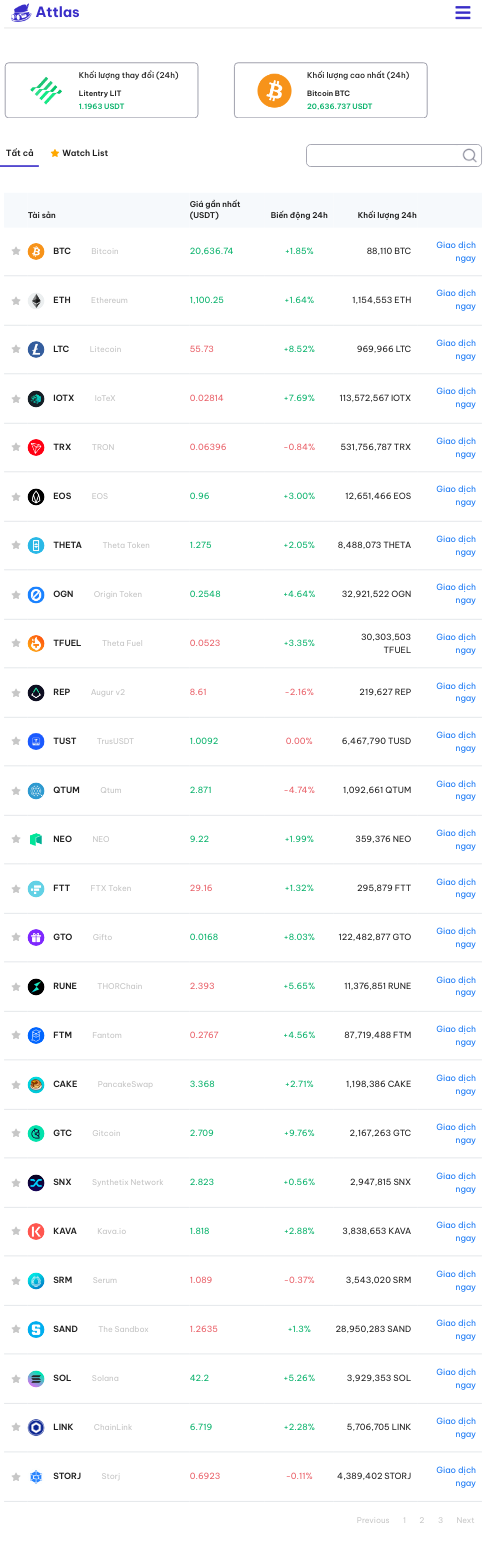
Repository: 1509Long/1509long.github.io
Page: techmaster-test/homepage.html
An editor plug-in stored every save of this project. The page is shown before and after the next save, followed by the edit.
The browser window is 600 px wide. The pictures show the whole page, at 81% of full size.

Above is the page before, as saved 2022-07-19 16:29:43.

### techmaster-test/homepage.html
<!DOCTYPE html>
<html lang="en">
  <head>
    <title>Title</title>
    <!-- Required meta tags -->
    <meta charset="utf-8" />
    <meta
      name="viewport"
      content="width=device-width, initial-scale=1, shrink-to-fit=no"
    />

    <!-- Bootstrap CSS v5.2.0-beta1 -->
    <link
      rel="stylesheet"
      href="https://cdn.jsdelivr.net/npm/bootstrap@5.2.0-beta1/dist/css/bootstrap.min.css"
      integrity="sha384-0evHe/X+R7YkIZDRvuzKMRqM+OrBnVFBL6DOitfPri4tjfHxaWutUpFmBp4vmVor"
      crossorigin="anonymous"
    />
    <link
      rel="stylesheet"
      href="https://cdnjs.cloudflare.com/ajax/libs/font-awesome/5.15.3/css/all.min.css"
      integrity="sha512-iBBXm8fW90+nuLcSKlbmrPcLa0OT92xO1BIsZ+ywDWZCvqsWgccV3gFoRBv0z+8dLJgyAHIhR35VZc2oM/gI1w=="
      crossorigin="anonymous"
      referrerpolicy="no-referrer"
    />
    <script src="https://ajax.googleapis.com/ajax/libs/jquery/3.6.0/jquery.min.js"></script>

    <link rel="stylesheet" href="./homepage.css" />
    <link rel="stylesheet" href="./navbar-search.css" />
  </head>
  <body>
    <div class="container-lg">
      <nav class="navbar navbar-expand-md top-md-navbar">
        <div class="container-fluid">
          <a class="navbar-brand" href="./homepage.html">
            <div class="d-flex align-items-center attlas-logo-navbar">
              <img src="./img/header-logo.png" class="img-fluid" alt="" />
              <p>Attlas</p>
            </div>
          </a>
          <button
            class="navbar-toggler"
            type="button"
            data-bs-toggle="collapse"
            data-bs-target="#navbarNavAltMarkup"
            aria-controls="navbarNavAltMarkup"
            aria-expanded="false"
            aria-label="Toggle navigation"
          >
            <i class="fas fa-bars"></i>
          </button>

          <div class="collapse navbar-collapse" id="navbarNavAltMarkup">
            <div
              class="d-flex justify-content-between align-items-center nav-text"
            >
              <ul class="navbar-nav navbar-part1">
                <li class="nav-item dropdown">
                  <a
                    class="nav-link dropdown-toggle"
                    href="#"
                    id="navbarDropdown"
                    role="button"
                    data-bs-toggle="dropdown"
                    aria-expanded="false"
                  >
                    Giao dịch
                  </a>
                  <ul class="dropdown-menu" aria-labelledby="navbarDropdown">
                    <li><a class="dropdown-item" href="#">Spot</a></li>
                    <li>
                      <a class="dropdown-item" href="#">Ký quỹ</a>
                    </li>
                    <li>
                      <a class="dropdown-item" href="#">P2P trading</a>
                    </li>
                  </ul>
                </li>
                <li class="nav-item">
                  <a class="nav-link" href="#">Thị trường</a>
                </li>
                <li class="nav-item">
                  <a class="nav-link" href="#">Phái sinh</a>
                </li>
                <li class="nav-item dropdown">
                  <a
                    class="nav-link dropdown-toggle"
                    href="#"
                    id="navbarDropdown"
                    role="button"
                    data-bs-toggle="dropdown"
                    aria-expanded="false"
                  >
                    Earn
                  </a>
                  <ul class="dropdown-menu" aria-labelledby="navbarDropdown">
                    <li><a class="dropdown-item" href="#">Launchpad</a></li>
                    <li>
                      <a class="dropdown-item" href="#">Staking</a>
                    </li>
                    <li>
                      <a class="dropdown-item" href="#">Farming</a>
                    </li>
                  </ul>
                </li>
              </ul>

              <ul class="navbar-nav navbar-part2">
                <li class="nav-item d-flex align-items-center">
                  <a class="nav-link account-wallet" href="./wallet.html"
                    >Wallet</a
                  >
                </li>
                <li class="nav-item d-flex align-items-center">
                  <a class="nav-link" href="#"><i class="fas fa-bell"></i></a>
                </li>
                <li class="nav-item">
                  <a class="nav-link" href="#">
                    <div class="d-flex align-items-center user-account">
                      <p>Jen Glover</p>
                      <img
                        src="./img/Rectangle 356.png"
                        class="img-fluid"
                        alt=""
                      />
                    </div>
                  </a>
                </li>
              </ul>
            </div>
          </div>
        </div>
      </nav>

      <div class="top-of-the-day d-flex justify-content-between">
        <div class="d-flex align-items-center">
          <div class="token-top">
            <img src="./img/589_Yrl.png" class="img-fluid" alt="" />
          </div>
          <div class="infomation-token-of-the-day">
            <p>Khối lượng thay đổi</p>
            <p>Litentry LIT</p>
            <p class="increase">1.1963 USDT</p>
          </div>
        </div>
        <div class="d-flex align-items-center">
          <div class="token-top">
            <img src="./img/1.png" class="img-fluid" alt="" />
          </div>
          <div class="infomation-token-of-the-day">
            <p>Khối lượng cao nhất</p>
            <p>Bitcoin BTC</p>
            <p class="increase">20,636.737 USDT</p>
          </div>
        </div>
        <div class="d-flex align-items-center">
          <div class="token-top">
            <img src="./img/icon_MANA.png" class="img-fluid" alt="" />
          </div>
          <div class="infomation-token-of-the-day">
            <p>Top tăng giá (24h)</p>
            <p>Decentraland MANA</p>
            <p class="increase">1.0226 USDT</p>
          </div>
        </div>
        <div class="d-flex align-items-center">
          <div class="token-top">
            <img src="./img/icon_PLATO.png" class="img-fluid" alt="" />
          </div>
          <div class="infomation-token-of-the-day">
            <p>Top giảm giá (24h)</p>
            <p>Plato Farm PLATO</p>
            <p class="decrease">0.0068 USDT</p>
          </div>
        </div>
      </div>

      <div
        id="carousel-slider-responsive"
        class="carousel slide"
        data-bs-ride="carousel"
      >
        <div class="carousel-inner">
          <div class="carousel-item active">
            <div class="row d-flex justify-content-evenly">
              <div class="col-6 col-sm-5 col-md-4">
                <div class="carousel-top-token">
                  <div class="token-top">
                    <img src="./img/589_Yrl.png" class="img-fluid" alt="" />
                  </div>
                  <div class="infomation-token-of-the-day">
                    <p>Khối lượng thay đổi (24h)</p>
                    <p>Litentry LIT</p>
                    <p class="increase">1.1963 USDT</p>
                  </div>
                </div>
              </div>
              <div class="col-6 col-sm-5 col-md-4">
                <div class="carousel-top-token">
                  <div class="token-top">
                    <img src="./img/1.png" class="img-fluid" alt="" />
                  </div>
                  <div class="infomation-token-of-the-day">
                    <p>Khối lượng cao nhất (24h)</p>
                    <p>Bitcoin BTC</p>
                    <p class="increase">20,636.737 USDT</p>
                  </div>
                </div>
              </div>
            </div>
          </div>

          <div class="carousel-item">
            <div class="row d-flex justify-content-evenly">
              <div class="col-6 col-sm-5 col-md-4">
                <div class="carousel-top-token">
                  <div class="token-top">
                    <img src="./img/icon_MANA.png" class="img-fluid" alt="" />
                  </div>
                  <div class="infomation-token-of-the-day">
                    <p>Top tăng giá (24h)</p>
                    <p>Decentraland MANA</p>
                    <p class="increase">1.0226 USDT</p>
                  </div>
                </div>
              </div>
              <div class="col-6 col-sm-5 col-md-4">
                <div class="carousel-top-token">
                  <div class="token-top">
                    <img src="./img/icon_PLATO.png" class="img-fluid" alt="" />
                  </div>
                  <div class="infomation-token-of-the-day">
                    <p>Top giảm giá (24h)</p>
                    <p>Plato Farm PLATO</p>
                    <p class="decrease">0.0068 USDT</p>
                  </div>
                </div>
              </div>
            </div>
          </div>
        </div>
      </div>

      <div>
        <div class="row d-flex justify-content-between align-items-center">
          <ul
            class="nav nav-pills col-5"
            id="pills-tab"
            role="tablist"
          >
            <li class="nav-item" role="presentation">
              <button
                class="nav-link active"
                id="pills-home-tab"
                data-bs-toggle="pill"
                data-bs-target="#pills-home"
                type="button"
                role="tab"
                aria-controls="pills-home"
                aria-selected="true"
              >
                Tất cả
              </button>
            </li>
            <li class="nav-item" role="presentation">
              <button
                class="nav-link d-flex align-items-center"
                id="pills-profile-tab"
                data-bs-toggle="pill"
                data-bs-target="#pills-profile"
                type="button"
                role="tab"
                aria-controls="pills-profile"
                aria-selected="false"
              >
                <i class="fas fa-star star-navbar"></i> Watch List
              </button>
            </li>
          </ul>

          <div class="col-5 d-flex justify-content-end search-bar-title">
            <div class="input-group has-validation search-bar">
              <input
                type="text"
                class="form-control search"
                id="validationCustomUsername"
                aria-describedby="inputGroupPrepend"
              />
              <span class="input-group-text search-icon" id="inputGroupPrepend"
                ><img src="./img/Group.png"
              /></span>
            </div>
          </div>
        </div>

        <div class="tab-content" id="pills-tabContent">
          <div
            class="tab-pane fade show active"
            id="pills-home"
            role="tabpanel"
            aria-labelledby="pills-home-tab"
            tabindex="0"
          >
            <table id="table" class="table align-middle">
              <thead>
                <tr>
                  <th scope="col"></th>
                  <th scope="col">Tài sản</th>
                  <th scope="col">Giá gần nhất (USDT)</th>
                  <th scope="col">Biến động 24h</th>
                  <th scope="col">Khối lượng 24h</th>
                  <th scope="col"></th>
                </tr>
              </thead>
              <tbody></tbody>
            </table>
            <div>
              <nav aria-label="navigation">
                <ul class="pagination d-flex justify-content-end">
                  <li class="page-item">
                    <a class="page-link" href="#">Previous</a>
                  </li>
                  <li class="page-item"><a class="page-link" href="#">1</a></li>
                  <li class="page-item"><a class="page-link" href="#">2</a></li>
                  <li class="page-item"><a class="page-link" href="#">3</a></li>
                  <li class="page-item">
                    <a class="page-link" href="#">Next</a>
                  </li>
                </ul>
              </nav>
            </div>
          </div>
          <div
            class="tab-pane fade"
            id="pills-profile"
            role="tabpanel"
            aria-labelledby="pills-profile-tab"
            tabindex="0"
          >
            <table id="table" class="table align-middle">
              <thead>
                <tr>
                  <th scope="col"></th>
                  <th scope="col">Tài sản</th>
                  <th scope="col">Giá gần nhất (USDT)</th>
                  <th scope="col">Biến động 24h</th>
                  <th scope="col">Khối lượng 24h</th>
                  <th scope="col"></th>
                </tr>
              </thead>
              <tbody></tbody>
            </table>
          </div>
        </div>
      </div>
    </div>
    <!-- Bootstrap JavaScript Libraries -->
    <script
      src="https://cdn.jsdelivr.net/npm/@popperjs/core@2.11.5/dist/umd/popper.min.js"
      integrity="sha384-Xe+8cL9oJa6tN/veChSP7q+mnSPaj5Bcu9mPX5F5xIGE0DVittaqT5lorf0EI7Vk"
      crossorigin="anonymous"
    ></script>

    <script
      src="https://cdn.jsdelivr.net/npm/bootstrap@5.2.0-beta1/dist/js/bootstrap.min.js"
      integrity="sha384-kjU+l4N0Yf4ZOJErLsIcvOU2qSb74wXpOhqTvwVx3OElZRweTnQ6d31fXEoRD1Jy"
      crossorigin="anonymous"
    ></script>

    <script src="./file-data.js"></script>

    <script>
      var table = document.querySelector("#table tbody");

      function inToTable(data) {
        for (var i = 0; i < data.length; i++) {
          var infomation = data[i];
          var row = document.createElement("tr");
          var key = ["box1", "asset", "price", "change", "volumn", "link"];

          for (var j = 0; j < key.length; j++) {
            var cell = document.createElement("td");
            cell.innerHTML = infomation[key[j]];

            row.appendChild(cell);
          }
          table.appendChild(row);
        }
      }

      inToTable(informationTokenHomePage);

      var tableInfoChange = document.querySelectorAll("tr td:nth-child(4)");
      var tableInfoPrice = document.querySelectorAll("tr td:nth-child(3)");

      function putColor(data) {
        for (i = 0; i < data.length; i++) {
          tableInfoPrice[i].innerHTML = parseFloat(
            tableInfoPrice[i].textContent
          ).toLocaleString("en-US", { maximumFractionDigits: "5" });

          if (parseFloat(data[i].change) > 0) {
            tableInfoChange[i].setAttribute("class", "increase");
            tableInfoPrice[i].setAttribute("class", "increase");
          } else {
            tableInfoChange[i].setAttribute("class", "decrease");
            tableInfoPrice[i].setAttribute("class", "decrease");
          }
        }
      }

      putColor(informationTokenHomePage);

      function fillColorForPrice() {
        tableInfoPrice[2].setAttribute("class", "decrease");
        tableInfoPrice[3].setAttribute("class", "decrease");
        tableInfoPrice[8].setAttribute("class", "decrease");
        tableInfoPrice[10].setAttribute("class", "increase");
        tableInfoPrice[11].setAttribute("class", "increase");
        tableInfoPrice[13].setAttribute("class", "decrease");
        tableInfoPrice[15].setAttribute("class", "decrease");
        tableInfoPrice[16].setAttribute("class", "decrease");
        tableInfoPrice[20].setAttribute("class", "increase");
        tableInfoPrice[22].setAttribute("class", "decrease");
        tableInfoPrice[25].setAttribute("class", "decrease");
      }

      fillColorForPrice();
    </script>

    <script>
      function yellowStar(x) {
        console.log(x.classList);
        x.classList.toggle("yellow");
      }
    </script>
  </body>
</html>

### techmaster-test/homepage.css
@import url('https://fonts.googleapis.com/css2?family=Be+Vietnam+Pro:ital,wght@0,100;0,400;0,500;0,600;0,700;0,900;1,100;1,300;1,400;1,500;1,600;1,800;1,900&display=swap');
html {
    font-size: 10px;
}

* {
     box-sizing: border-box !important;
}

body {
    font-family: 'Be Vietnam Pro', sans-serif;
}

.padding {
    padding: 0 !important;
}

.margin , .img-fluid {
    margin: 0 !important;
}

p {
    font-size: 1.4rem;
    font-weight: 400;
    margin-bottom: 0;
    color: #1F1F1F;
}

a {
    text-decoration: none;
}

.increase {
    color: #05B169;
}

.decrease {
    color: #E95F67;
}

@media screen and (max-width : 1399px) {
    html {
        font-size: 9px;
    }
}

@media screen and (max-width : 1199px) {
    html {
        font-size: 8px;
    }
}

@media screen and (max-width : 991px) {
    html {
        font-size: 7px;
    }
}

@media screen and (max-width : 844px) {
    .top-of-the-day {
        display: none !important;
    }

    #carousel-slider-responsive {
        display: block !important;
    }
}

/* @media screen and (max-width : 767px) {
    .search-bar-title {
        display: none !important;
    }
} */

/* 4 div in header */
.top-of-the-day {
    margin: 0 0 4.5rem;
}

.top-of-the-day > div {
    width: 29rem;
    padding: 1rem 1.5rem;
    border-radius: 5px;
    border: 0.5px solid #8B8C9B;
}

.token-top {
    width: 7.6rem;
    height: 7.6rem;
    padding: 0.8rem;
    display: block;
    justify-content: center;
    align-items: center;
    margin-right: 2rem;
}

.infomation-token-of-the-day {
    display: flex;
    flex-direction: column;
    justify-content: space-around;
}

.infomation-token-of-the-day p:first-child {
    font-weight: 500;
    font-size: 1.4rem;
    margin-bottom: 1.2rem;
}

.infomation-token-of-the-day p:nth-child(2) {
    font-weight: 600;
    font-size: 1.3rem;
    margin-bottom: 0.2rem;
}

.infomation-token-of-the-day p:last-child {
    font-weight: 600;
    font-size: 1.3rem;
}

/* Responsive (mobile and tablet) */
#carousel-slider-responsive {
    display: none;
    margin: 0 0 4.5rem;
}

.carousel-top-token {
    display: flex;
    justify-content: center;
    align-items: center;
    padding: 1rem 1.5rem;
    border-radius: 5px;
    border: 0.5px solid #8B8C9B;
}

/* Navs and tabs */

.star-navbar {
    font-size: 1.4rem;
    color: #FFA800;
    padding-right: 0.5rem;
}

.nav-link {
    font-size: 1.5rem;
    font-weight: 600;
    color: #1F1F1F;
    transition: 0.3s;
}

#pills-home-tab {
    margin-right: 1rem;
}

.nav-pills .nav-link.active, .nav-pills .show>.nav-link {
    background-color: #fff;
    color: #1F1F1F;
    padding-bottom: 1rem;
    border-bottom: 0.3rem solid #392dc8;
    border-radius: 0;
}



/* Table */
#table {
    width: 100%;
    margin-top: 4.5rem;
}

.table>:not(caption)>*>* {
    padding: 2rem 0;
}

tbody tr td , .click-here {
    font-size: 1.5rem;
    font-weight: 400;
    color: #1F1F1F;
}

thead tr th {
    color: #1F1F1F;
    font-size: 1.4rem;
    font-weight: 600;
    padding: 1rem 0 !important;
    background: #F6F9FC !important;
    border: none;
}

tbody tr td:first-child , thead tr th:first-child {
    width: 6.2rem;
    text-align: center;
}

tbody tr td:nth-child(2) , thead tr th:nth-child(2) {
    width: 41.8rem;
}

tbody tr td:nth-child(3) , tbody tr td:nth-child(4) , tbody tr td:nth-child(5) , tbody tr td:last-child {
    width: 21rem;
}

thead tr th:nth-child(3) , thead tr th:nth-child(4) , thead tr th:nth-child(5) , thead tr td:last-child {
    width: 21rem;
}

tbody tr td:nth-child(4) , thead tr th:nth-child(4) {
    text-align: center;
}

tbody tr td:nth-child(5) , tbody tr td:last-child , thead tr th:last-child , thead tr th:nth-child(5) {
    text-align: end;
    padding-right: 1rem;
}

.watch-list {
    color: #C7C7C7;
    padding: 0.5rem;
}

.yellow {
    color: #FFA800 !important;
}

.size {
    width: 3rem;
    border-radius: 4rem;
}

.asset p:last-child {
    font-size: 1.4rem;
    font-weight: 400;
    color: #C3C3C3;
}

.asset p:nth-child(2) {
    font-size: 1.5rem;
    font-weight: 600;
    margin-right: 3.6rem;
    margin-left: 1.5rem;
}

.click-here {
    color: #1576F5;
}

.click-here:hover , .click-here:focus {
    color: #0857be;
}

/* Pagination */
.pagination {
    margin: 1.5rem 0 4rem;
}

.page-link {
    font-size: 1.4rem;
    font-weight: 400;
    color: #C7C7C7;
    padding: 0.75rem 1.25rem;
    border-radius: 0.5rem;
    border: none;
}

.page-link:focus , .page-link:hover {
    font-weight: 600;
    box-shadow: 0 0 0 0;
    color: #1F1F1F;
}

/* Scrollbar */
::-webkit-scrollbar {
    max-width: 1rem;
}

::-webkit-scrollbar-track {
    background-color: #fff;
}

::-webkit-scrollbar-thumb {
    background-color: #392DC8;
    height: 5rem;
}

::-webkit-scrollbar-thumb:hover {
    background-color: #251d83;
}

### techmaster-test/navbar-search.css
/* Attlas-logo-navbar */
.attlas-logo-navbar img {
    width: 3.5rem;
}

.attlas-logo-navbar p {
    color: #392dc8;
    font-size: 2.5rem;
    font-weight: 700;
    margin-left: 0.75rem;
}

.navbar-brand {
    margin-right: 5rem;
}

/* Nav-bar */
.nav-text {
    width: 100%;
}

.top-navbar .nav-link {
    font-size: 1.5rem;
    font-weight: 600;
    padding: 1rem !important;
    color: #1F1F1F;
}

.top-md-navbar {
    margin-bottom: 6rem;
    padding: 0 0.5rem 0.5rem;
    border-bottom: 1px solid #E1E1E1;
}

.navbar-part1 {
    gap: 3rem;
}

.navbar-part2 {
    gap: 1.5rem;
}

.user-account p {
    margin-right: 1.5rem;
    font-size: 1.5rem;
    font-weight: 600;
    color: #392dc8;
}

.user-account img {
    max-width: 3.5rem;
    width: 100%;
    border-radius: 2.4rem;
}

.fa-bell {
    font-size: 2rem;
    color: #392dc8;
}

.account-wallet {
    color: #392dc8 !important;
}

.dropdown-item {
    width: 30rem;
    font-size: 1.4rem;
    font-weight: 500;
    padding: 1rem 0.75rem !important;
    color: #b3b2b2;
}

.dropdown-item:focus, .dropdown-item:hover {
    background-color: #dfd9f7;
    color: #1F1F1F;
}

.dropdown-menu {
    border-radius: 0.5rem;
    border: 1px solid #E1E1E1;
    border-top: 0;
    background-color: #fff;
    padding: 1rem 0;

}

.navbar-expand-lg .navbar-nav .dropdown-menu {
    position: absolute;
    top: 5.3rem;
}

/* Responsive (mobile and tablet) */

.fa-bars {
    font-size: 3rem;
    color: #392dc8;
}

.navbar-toggler {
    border: none;
}

.navbar-toggler:focus {
    border: none;
    box-shadow: 0 0 0 0;
}

@media screen and (max-width : 767px) {
    .nav-text {
        flex-direction: column !important;
        align-items: start !important;
        padding: 1.5rem;
    }

    .navbar-part1 , .navbar-part2 {
        gap: 0;
    }

    .navbar-part1 li {
        margin-bottom: 1rem;
    }

    .navbar-part2 li {
        margin-top: 1.25rem;
    }

    .navbar-part2 li:nth-child(2) , .navbar-part2 li:nth-child(3) {
        display: none !important;
    }

    .dropdown-menu {
        border: none;
        padding: 0;
    }
}

/* Search bar */
.search-bar {
    width: 31rem;
    height: 4rem;
    border: 0.5px solid #8B8C9B;
    border-radius: 0.8rem;
}

.search {
    background-color: #fff;
    color: #1F1F1F;
    font-size: 1.4rem;
    font-weight: 500;
    border: 0;
    border-radius: 0.8rem;
}

.search-icon {
    background-color: #fff;
    box-shadow: 0 0 0 0;
    border: 0;
    border-radius: 0.8rem;
}

.search:focus {
    box-shadow: 0 0 0 0;
}

.search-bar:hover {
    border-color: #1576F5;
}

Loaded but not shown: techmaster-test/file-data.js (396 lines, source omitted)

After the next save:
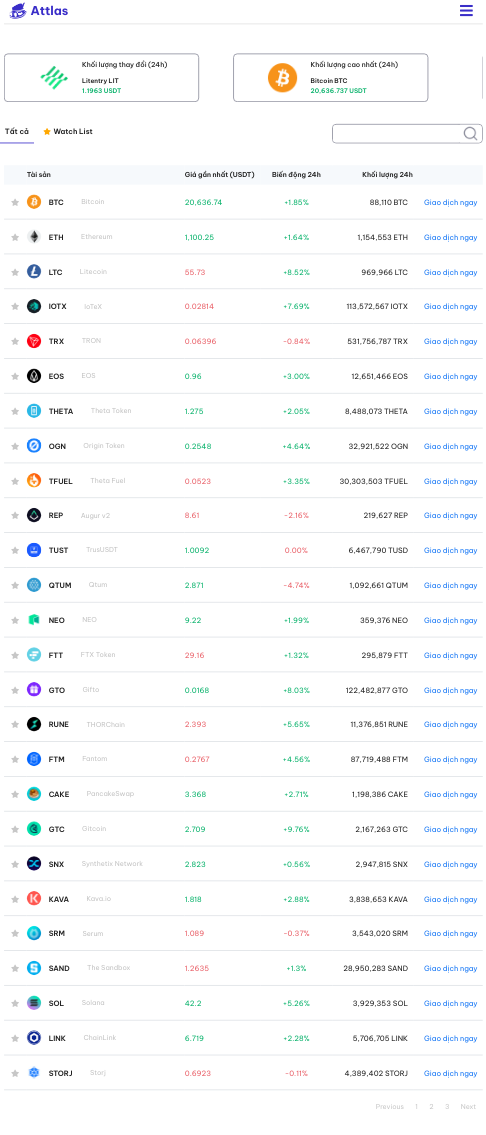
Saved 41 s later.
--- a/techmaster-test/homepage.css
+++ b/techmaster-test/homepage.css
@@ -63,6 +63,12 @@
 
     #carousel-slider-responsive {
         display: block !important;
+    }
+}
+
+@media screen and (max-width : 767px) {
+    html {
+        font-size: 6px;
     }
 }
 
